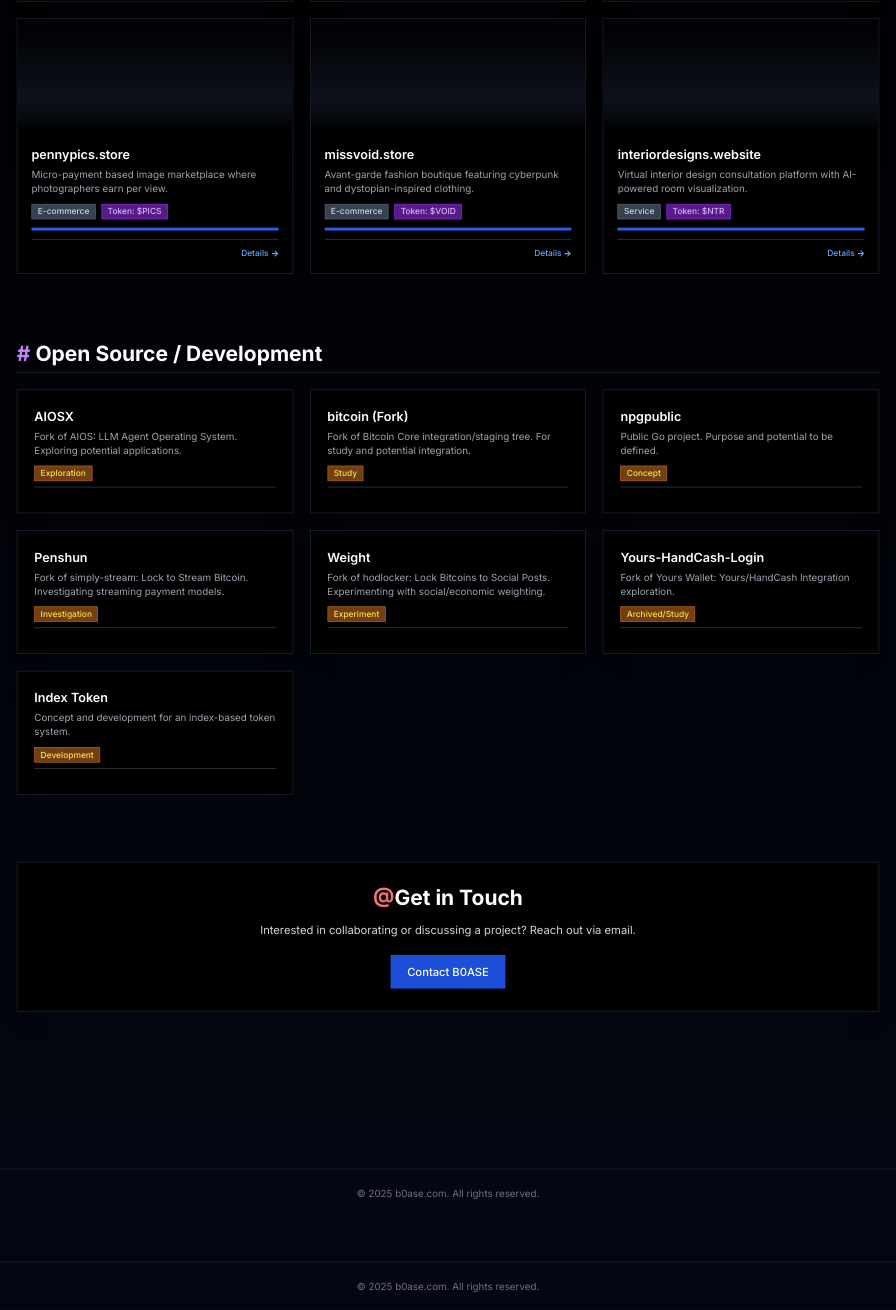
Repository: b0ase/rafskitchen
Page: /
These files come from the project's save history. The page is drawn as it stood at one moment and after the next save; the edit follows.
The browser window is 1280 px wide. The pictures show the part of the page from y = 2945 to 4865 px (the page is 4817 px tall before and 4865 px after), at 70% of full size.
The project was rebuilt for these pictures with package versions that can differ from the ones it lists, and the page was loaded fresh each time. The framework's server and built-in components were replaced by stand-ins that run in the browser. Also part of the build but not shown: next.config.js.

Above is the page before, as saved 2025-05-02 14:47:30.

### app/layout.tsx
import type { Metadata } from "next";
// Import both Inter and Fira_Code
import { Inter, Fira_Code } from "next/font/google";
import "./globals.css";
import Header from "./components/Header";
import Footer from "./components/Footer";
// Import new nav components
import ServicesNavigation from "./components/ServicesNavigation";
// Import ThemeProvider
import { ThemeProvider } from "./context/ThemeContext";

// Configure Inter (for default body text)
const inter = Inter({
  subsets: ["latin"],
  display: 'swap',
  variable: '--font-inter', // Variable for Inter
});

// Configure Fira_Code (for specific elements)
const fira_code = Fira_Code({
  subsets: ["latin"],
  display: 'swap',
  variable: '--font-fira-code', // Variable for Fira Code
});

export const metadata: Metadata = {
  title: "B0ASE.COM | Digital Agency",
  description: "B0ASE.COM - Digital Agency specializing in Web Development, Blockchain, Content, Video, and Social Media.",
};

export default function RootLayout({
  children,
}: {
  children: React.ReactNode;
}) {
  return (
    <html lang="en" suppressHydrationWarning className={`${inter.variable} ${fira_code.variable}`}>
      <head>
        <script
          dangerouslySetInnerHTML={{
            __html: `
              (function() {
                function getInitialTheme() {
                  try {
                    const storedTheme = window.localStorage.getItem('theme');
                    if (storedTheme) return storedTheme;
                    return window.matchMedia('(prefers-color-scheme: dark)').matches ? 'dark' : 'light';
                  } catch (e) {
                    // If localStorage is unavailable (e.g., cookies disabled or SSR)
                    return 'light'; // Default to light theme
                  }
                }
                const theme = getInitialTheme();
                if (theme === 'dark') {
                  document.documentElement.classList.add('dark');
                }
              })();
            `,
          }}
        />
        {/* Other head elements like meta tags will be injected by Next.js here */}
      </head>
      {/* Apply default font (Inter) via font-sans class */}
      <body className={`font-sans`}>
        <ThemeProvider>
          {/* Header and Footer MUST be outside ThemeProvider or siblings to {children} to wrap content */}
          <Header />
          <ServicesNavigation />
          <div className="flex flex-col min-h-screen"> {/* Optional wrapper for main content flex */}
            <main className="flex-grow">
              {children}
            </main>
          </div>
          <Footer />
        </ThemeProvider>
      </body>
    </html>
  );
}

### app/page.tsx
'use client';

import React, { useState, useEffect } from 'react';
import Link from 'next/link';
import Image from 'next/image';
import Header from './components/Header';
import Footer from './components/Footer';
import ProjectCardImage from './components/ProjectCardImage';
import ProjectCardLoginOverlay from './components/ProjectCardLoginOverlay';
import { portfolioData, Project } from '@/lib/data';
import { FaExternalLinkAlt, FaGithub, FaInfoCircle, FaArrowRight, FaLinkedin, FaLock } from 'react-icons/fa';
import { BsCurrencyBitcoin } from "react-icons/bs";
import CharacterCycle from './components/CharacterCycle';

// Uncomment icons
const GitHubIcon = () => <svg className="w-4 h-4" fill="currentColor" viewBox="0 0 16 16"><path d="M8 0C3.58 0 0 3.58 0 8c0 3.54 2.29 6.53 5.47 7.59.4.07.55-.17.55-.38 0-.19-.01-.82-.01-1.49-2.01.37-2.53-.49-2.69-.94-.09-.23-.48-.94-.82-1.13-.28-.15-.68-.52-.01-.53.63-.01 1.08.58 1.23.82.72 1.21 1.87.87 2.33.66.07-.52.28-.87.51-1.07-1.78-.2-3.64-.89-3.64-3.95 0-.87.31-1.59.82-2.15-.08-.2-.36-1.02.08-2.12 0 0 .67-.21 2.2.82.64-.18 1.32-.27 2-.27.68 0 1.36.09 2 .27 1.53-1.04 2.2-.82 2.2-.82.44 1.1.16 1.92.08 2.12.51.56.82 1.27.82 2.15 0 3.07-1.87 3.75-3.65 3.95.29.25.54.73.54 1.48 0 1.07-.01 1.93-.01 2.2 0 .21.15.46.55.38A8.013 8.013 0 0 0 16 8c0-4.42-3.58-8-8-8z"/></svg>;
const XIcon = () => <svg className="w-4 h-4" fill="currentColor" viewBox="0 0 24 24"><path d="M18.244 2.25h3.308l-7.227 8.26 8.502 11.24H16.17l-5.214-6.817L4.99 21.75H1.68l7.73-8.835L1.254 2.25H8.08l4.713 6.231zm-1.161 17.52h1.833L7.084 4.126H5.117z"/></svg>;
const NotionIcon = () => <svg className="w-4 h-4" fill="currentColor" viewBox="0 0 24 24"><path d="M12 2C6.48 2 2 6.48 2 12s4.48 10 10 10 10-4.48 10-10S17.52 2 12 2zm1 15h-2v-6h2v6zm0-8h-2V7h2v2z"/></svg>;
const TokenIcon = () => <svg className="w-4 h-4" fill="currentColor" viewBox="0 0 16 16"><path d="M8 16A8 8 0 1 0 8 0a8 8 0 0 0 0 16zm0-1.143A6.857 6.857 0 1 1 8 1.143a6.857 6.857 0 0 1 0 13.714z"/><path d="M6.29 8.51H4.844V6.66h.33L6.29 8.51zm2.47-1.615c0-.58-.4-1.047-1.063-1.047H6.42v4.33h1.374c.68 0 1.086-.467 1.086-1.08V6.895zm-1.22 1.857H6.81V6.24h.74c.39 0 .625.246.625.6v1.867c0 .348-.248.602-.64.602zM11.156 8.51h-1.45v-1.85h.33l1.12 1.85z"/></svg>;

export default function PortfolioPage() {
  const projects: Project[] = portfolioData.projects as Project[];
  const [isAboutVisible, setIsAboutVisible] = useState(false);
  const [hoveredProjectId, setHoveredProjectId] = useState<number | null>(null);

  useEffect(() => {
    const timer = setTimeout(() => {
      setIsAboutVisible(true);
    }, 100);
    return () => clearTimeout(timer);
  }, []);

  return (
    <div className="flex flex-col">
      <main className="px-6 py-12 md:py-16 flex-grow">
        {/* About Section - Apply fade-in */}
        <section id="about" className="mb-16 md:mb-24 scroll-mt-20">
          {/* Apply transition and opacity classes */}
          <div className={`bg-white dark:bg-black p-6 md:p-8 border border-gray-200 dark:border-gray-800 shadow-md dark:shadow-xl
                         transition-opacity duration-700 ease-in-out ${isAboutVisible ? 'opacity-100' : 'opacity-0'}`}>
            <h1 className="relative text-3xl md:text-4xl text-black dark:text-white mb-4 font-mono min-h-[2.5rem]">
                <span className="invisible">{portfolioData.about.name}</span>
                <span className="absolute inset-0">
                  <CharacterCycle text={portfolioData.about.name} cycleDuration={40} />
                </span>
            </h1>
            <p className="relative text-lg md:text-xl text-gray-700 dark:text-gray-300 mb-4">
              <span className="invisible">{portfolioData.about.tagline}</span>
              <span className="absolute inset-0">
                <CharacterCycle text={portfolioData.about.tagline} cycleDuration={20} />
              </span>
            </p>
            <p className="relative text-base text-gray-600 dark:text-gray-400 mb-6 whitespace-pre-line">
               <span className="invisible">{portfolioData.about.bio}</span>
               <span className="absolute inset-0">
                 <CharacterCycle text={portfolioData.about.bio} cycleDuration={5} />
                </span>
            </p>
            <div className="flex space-x-4 mb-6">
              <a href={portfolioData.about.socials.github} target="_blank" rel="noopener noreferrer" className="text-gray-500 dark:text-gray-400 hover:text-black dark:hover:text-white transition-colors">
                <FaGithub size={24} />
              </a>
              <a href={portfolioData.about.socials.linkedin} target="_blank" rel="noopener noreferrer" className="text-gray-500 dark:text-gray-400 hover:text-black dark:hover:text-white transition-colors">
                <FaLinkedin size={24} />
              </a>
            </div>
            <div className="bg-gray-100 dark:bg-gray-900 p-4 border border-gray-200 dark:border-gray-700 text-sm text-gray-700 dark:text-gray-400">
              <h3 className="font-semibold text-black dark:text-white mb-2 flex items-center">
                <BsCurrencyBitcoin className="mr-2" /> {portfolioData.about.token.name} ({portfolioData.about.token.ticker})
              </h3>
              <p className="mb-2">{portfolioData.about.token.description}</p>
              <a
                href={portfolioData.about.token.marketLink}
                target="_blank"
                rel="noopener noreferrer"
                className="inline-flex items-center px-4 py-2 bg-blue-600 dark:bg-blue-700 text-white text-xs font-medium hover:bg-blue-700 dark:hover:bg-blue-600 transition-colors shadow-sm dark:shadow-md"
              >
                View Market <FaExternalLinkAlt className="ml-2" />
              </a>
            </div>
          </div>
        </section>

        {/* eslint-disable-next-line react/jsx-no-comment-textnodes */}
        {/* Services Section - Apply dark: variants */}
        <section id="services" className="mb-16 md:mb-24 scroll-mt-20">
          <h2 className="text-2xl md:text-3xl font-bold text-black dark:text-white mb-6 border-b border-gray-200 dark:border-gray-800 pb-2">
            <span className="text-blue-500 dark:text-blue-400">//</span> Services
          </h2>
          <div className="grid grid-cols-1 md:grid-cols-2 lg:grid-cols-3 gap-6">
            {portfolioData.services.map((service) => (
              <Link
                key={service.id}
                href={`/services/${service.slug}`}
                className="block bg-white dark:bg-black p-6 border border-gray-200 dark:border-gray-800 shadow-md dark:shadow-xl flex flex-col transition-transform duration-300 ease-in-out hover:scale-[1.02] hover:brightness-110 dark:hover:brightness-125"
              >
                <h3 className="text-xl font-semibold text-black dark:text-white mb-2">{service.title}</h3>
                <p className="text-gray-600 dark:text-gray-400 text-sm mb-4 flex-grow">{service.description}</p>
                {service.priceInfo && (
                  <p className="text-xs text-gray-500 dark:text-gray-500 italic mt-auto pt-2 border-t border-gray-100 dark:border-gray-700">{service.priceInfo}</p>
                )}
              </Link>
            ))}
          </div>
        </section>

        {/* Skills Section - Apply dark: variants */}
        <section id="skills" className="mb-16 md:mb-24 scroll-mt-20">
          <h2 className="text-2xl md:text-3xl font-bold text-black dark:text-white mb-6 border-b border-gray-200 dark:border-gray-800 pb-2">
            <span className="text-green-500 dark:text-green-400">*</span> Technical Skills
          </h2>
          <div className="flex flex-wrap gap-2">
            {portfolioData.skills.technical.map((skill) => (
              <span key={skill} className="bg-gray-100 dark:bg-gray-800 text-gray-700 dark:text-gray-300 text-xs font-medium px-2.5 py-0.5 border border-gray-300 dark:border-gray-700 shadow-sm">
                {skill}
              </span>
            ))}
          </div>
        </section>

        {/* Projects (Domains) Section - Apply dark: variants */}
        <section id="projects" className="mb-16 md:mb-24 scroll-mt-20">
          <h2 className="text-2xl md:text-3xl font-bold text-black dark:text-white mb-6 border-b border-gray-200 dark:border-gray-800 pb-2">
            &lt;ClientProjects&gt;
          </h2>
          <div className="grid grid-cols-1 md:grid-cols-2 lg:grid-cols-3 gap-6">
            {projects.filter(p => p.type === 'domain').map((project) => (
              <div
                key={project.id}
                className="relative group bg-white dark:bg-black border border-gray-200 dark:border-gray-800 shadow-md dark:shadow-xl flex flex-col overflow-hidden transition-transform duration-300 ease-in-out hover:scale-[1.02] hover:brightness-105 dark:hover:brightness-110"
                onMouseEnter={() => setHoveredProjectId(project.id)}
                onMouseLeave={() => setHoveredProjectId(null)}
              >
                <div className="relative w-full h-40 bg-gradient-to-b from-black to-gray-900 dark:from-black dark:to-gray-900 flex items-center justify-start p-4">
                  <ProjectCardImage
                    imageUrls={project.cardImageUrls || []}
                    alt={`${project.title} logo`}
                  />
                  <div className="absolute bottom-0 left-0 right-0 h-12 bg-gradient-to-t from-white dark:from-black to-transparent"></div>
                </div>
                <div className="relative p-5 flex flex-col flex-grow transition-opacity duration-300 group-hover:opacity-0 group-hover:pointer-events-none">
                  <h3 className="text-lg font-semibold text-black dark:text-white mb-1">{project.title}</h3>
                  <p className="text-sm text-gray-600 dark:text-gray-400 mb-3 flex-grow">{project.description}</p>
                  <div className="mb-3 flex flex-wrap gap-1">
                    {project.status && (
                      <span className={`text-xs font-medium mr-1 px-2 py-0.5 inline-block w-max border
                        ${project.status === 'Live' ? 'bg-green-100 border-green-300 text-green-800 dark:bg-green-900 dark:border-green-700 dark:text-green-300' :
                         project.status === 'Ltd Company' ? 'bg-blue-100 border-blue-300 text-blue-800 dark:bg-blue-900 dark:border-blue-700 dark:text-blue-300' :
                         project.status === 'In Development' ? 'bg-yellow-100 border-yellow-300 text-yellow-800 dark:bg-yellow-900 dark:border-yellow-700 dark:text-yellow-300' :
                         'bg-gray-100 border-gray-300 text-gray-800 dark:bg-gray-700 dark:border-gray-600 dark:text-gray-300'
                        }
                      `}>
                         {project.status}
                      </span>
                    )}
                    {project.tokenName && (
                      <span className="bg-purple-100 border-purple-300 text-purple-800 dark:bg-purple-900 dark:border-purple-700 dark:text-purple-300 border text-xs font-medium mr-1 px-2 py-0.5 inline-block w-max">
                        Token: {project.tokenName}
                      </span>
                    )}
                  </div>
                  {typeof project.tokenProgressPercent === 'number' && (
                    <div className="w-full bg-gray-200 dark:bg-gray-700 h-1 mb-3">
                      <div className="bg-blue-500 dark:bg-blue-600 h-1" style={{ width: `${project.tokenProgressPercent}%` }}></div>
                    </div>
                  )}
                  <div className="mt-auto pt-3 border-t border-gray-100 dark:border-gray-700 flex items-center justify-between">
                    <div className="flex space-x-3 items-center">
                      {project.liveUrl && (
                        <a href={project.liveUrl} target="_blank" rel="noopener noreferrer" className="text-blue-600 dark:text-blue-400 hover:text-blue-800 dark:hover:text-blue-300 transition-colors" title="Visit Live Site">
                          <FaExternalLinkAlt size={16} />
                        </a>
                      )}
                      {project.repoUrl && (
                        <a href={project.repoUrl} target="_blank" rel="noopener noreferrer" className="text-gray-500 dark:text-gray-400 hover:text-black dark:hover:text-white transition-colors" title="View Repository">
                          <FaGithub size={16} />
                        </a>
                      )}
                    </div>
                    <Link href={`/projects/${project.slug}`} className="text-xs text-blue-600 dark:text-blue-400 hover:text-blue-800 dark:hover:text-blue-300 font-medium inline-flex items-center">
                      Details <FaArrowRight className="ml-1" size={10}/>
                    </Link>
                  </div>
                </div>
                <ProjectCardLoginOverlay project={project} isVisible={hoveredProjectId === project.id} />
              </div>
            ))}
          </div>
        </section>

        {/* Development (GitHub Repos) Section - Apply dark: variants */}
        <section id="development" className="mb-16 md:mb-24 scroll-mt-20">
            <h2 className="text-2xl md:text-3xl font-bold text-black dark:text-white mb-6 border-b border-gray-200 dark:border-gray-800 pb-2">
                <span className="text-purple-500 dark:text-purple-400">#</span> Open Source / Development
            </h2>
            <div className="grid grid-cols-1 md:grid-cols-2 lg:grid-cols-3 gap-6">
                {projects.filter(p => p.type === 'github').map((project) => (
                    <div key={project.id} className="bg-white dark:bg-black p-6 border border-gray-200 dark:border-gray-800 shadow-md dark:shadow-xl flex flex-col transition-transform duration-300 ease-in-out hover:scale-[1.02] hover:brightness-110 dark:hover:brightness-125">
                        <h3 className="text-lg font-semibold text-black dark:text-white mb-1">{project.title}</h3>
                        <p className="text-sm text-gray-600 dark:text-gray-400 mb-3 flex-grow">{project.description}</p>
                        {project.status && (
                           <span className={`text-xs font-medium mr-2 px-2 py-0.5 mb-2 inline-block w-max border
                           ${project.status === 'Live' ? 'bg-green-100 border-green-300 text-green-800 dark:bg-green-900 dark:border-green-700 dark:text-green-300' :
                           project.status === 'Archived' ? 'bg-gray-100 border-gray-300 text-gray-800 dark:bg-gray-800 dark:border-gray-700 dark:text-gray-400' :
                           'bg-yellow-100 border-yellow-300 text-yellow-800 dark:bg-yellow-900 dark:border-yellow-700 dark:text-yellow-300'}
                           `}>
                           {project.status}
                           </span>
                        )}
                        <div className="mt-auto pt-3 border-t border-gray-100 dark:border-gray-700 flex space-x-3">
                            {project.liveUrl && (
                                <a href={project.liveUrl} target="_blank" rel="noopener noreferrer" className="text-blue-600 dark:text-blue-400 hover:text-blue-800 dark:hover:text-blue-300 transition-colors" title="Visit Live Site">
                                    <FaExternalLinkAlt size={16}/>
                                </a>
                            )}
                            {project.repoUrl && (
                                <a href={project.repoUrl} target="_blank" rel="noopener noreferrer" className="text-gray-500 dark:text-gray-400 hover:text-black dark:hover:text-white transition-colors" title="View Repository">
                                    <FaGithub size={16}/>
                                </a>
                            )}
                        </div>
                    </div>
                ))}
            </div>
        </section>

        {/* Contact Section - Apply dark: variants */}
        <section id="contact" className="mb-16 md:mb-24 scroll-mt-20">
            <div className="bg-white dark:bg-black p-6 md:p-8 border border-gray-200 dark:border-gray-800 shadow-md dark:shadow-xl text-center">
                <h2 className="text-2xl md:text-3xl font-bold text-black dark:text-white mb-4">
                   <span className="text-red-500 dark:text-red-400">@</span>Get in Touch
                </h2>
                <p className="text-gray-700 dark:text-gray-300 mb-6">Interested in collaborating or discussing a project? Reach out via email.</p>
                <a
                    href={`mailto:${portfolioData.contact.email}`}
                    className="inline-flex items-center px-6 py-3 bg-black dark:bg-blue-700 text-white dark:text-white text-base font-medium hover:bg-gray-800 dark:hover:bg-blue-600 transition-colors shadow-sm dark:shadow-md"
                >
                   Contact B0ASE
                </a>
            </div>
        </section>

      </main>

      <Footer />
    </div>
  );
}

### app/globals.css
@tailwind base;
@tailwind components;
@tailwind utilities;

body {
  /* Base light theme styles */
  @apply bg-white text-gray-900;
}

/* Define dark mode styles using the 'dark' class applied by ThemeContext */
html.dark body {
   @apply bg-gradient-to-b from-gray-950 via-black to-gray-950 text-gray-300;
}

@layer utilities {
  .text-balance {
    text-wrap: balance;
  }
}

### app/components/Footer.tsx
'use client';

import React from 'react';

export default function Footer() {
  const currentYear = new Date().getFullYear();

  return (
    <footer className="bg-gray-950 border-t border-gray-800 mt-16 py-6">
      <div className="container mx-auto px-4 text-center text-gray-500 text-sm">
        <p>&copy; {currentYear} b0ase.com. All rights reserved.</p>
        {/* Optional: Add links to privacy policy, terms, etc. */}
      </div>
    </footer>
  );
}

### app/components/ProjectCardImage.tsx
'use client';

import React from 'react';
import Image from 'next/image';

interface ProjectCardImageProps {
  imageUrls: string[];
  alt: string;
}

const ProjectCardImage: React.FC<ProjectCardImageProps> = ({
  imageUrls,
  alt,
}) => {
  // Handle cases with no images
  if (!imageUrls || imageUrls.length === 0) {
    // Return null or a minimal placeholder, parent div now handles background
    return null;
  }

  // Always use the first image
  const imageUrl = imageUrls[0];

  return (
    <Image
      src={imageUrl}
      alt={alt}
      width={64}
      height={64}
      className="object-contain"
      priority
    />
  );
};

export default ProjectCardImage;

Loaded but not shown: tailwind.config.js (25 lines, source omitted); lib/data.ts (333 lines, source omitted); app/components/Header.tsx (127 lines, source omitted); app/components/ProjectCardLoginOverlay.tsx (134 lines, source omitted); app/components/CharacterCycle.tsx (84 lines, source omitted); app/components/ServicesNavigation.tsx (71 lines, source omitted); app/context/ThemeContext.tsx (77 lines, source omitted); app/components/ThemeToggle.tsx (26 lines, source omitted)

After the next save:
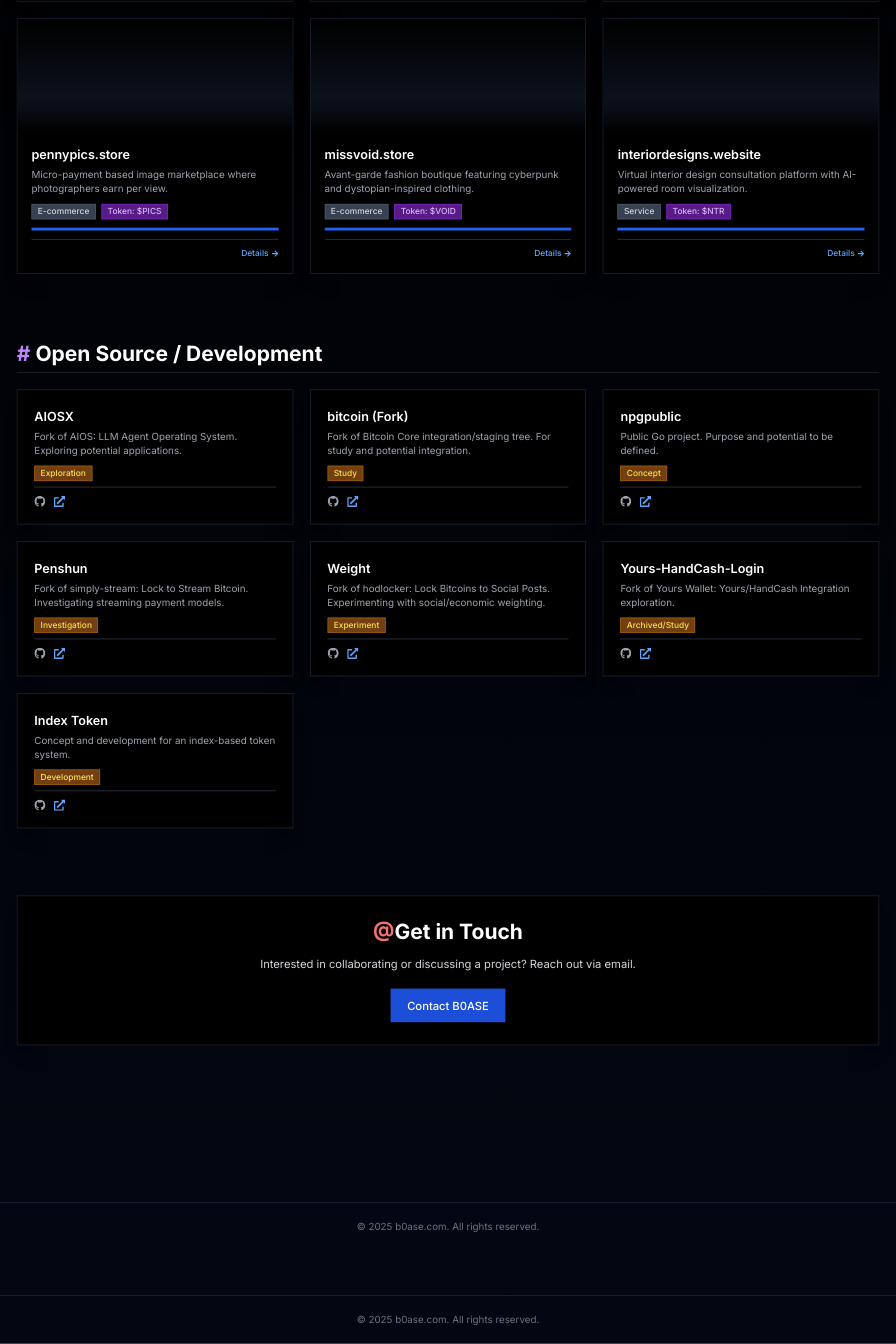
Saved 19 s later.
--- a/app/page.tsx
+++ b/app/page.tsx
@@ -208,14 +208,14 @@
                            </span>
                         )}
                         <div className="mt-auto pt-3 border-t border-gray-100 dark:border-gray-700 flex space-x-3">
-                            {project.liveUrl && (
-                                <a href={project.liveUrl} target="_blank" rel="noopener noreferrer" className="text-blue-600 dark:text-blue-400 hover:text-blue-800 dark:hover:text-blue-300 transition-colors" title="Visit Live Site">
-                                    <FaExternalLinkAlt size={16}/>
+                            {project.githubUrl && (
+                                <a href={project.githubUrl} target="_blank" rel="noopener noreferrer" className="text-gray-500 dark:text-gray-400 hover:text-black dark:hover:text-white transition-colors" title="View Repository">
+                                    <FaGithub size={16}/>
                                 </a>
                             )}
-                            {project.repoUrl && (
-                                <a href={project.repoUrl} target="_blank" rel="noopener noreferrer" className="text-gray-500 dark:text-gray-400 hover:text-black dark:hover:text-white transition-colors" title="View Repository">
-                                    <FaGithub size={16}/>
+                            {project.xUrl && (
+                                <a href={project.xUrl} target="_blank" rel="noopener noreferrer" className="text-blue-600 dark:text-blue-400 hover:text-blue-800 dark:hover:text-blue-300 transition-colors" title="Visit X Profile">
+                                    <FaExternalLinkAlt size={16}/>
                                 </a>
                             )}
                         </div>
